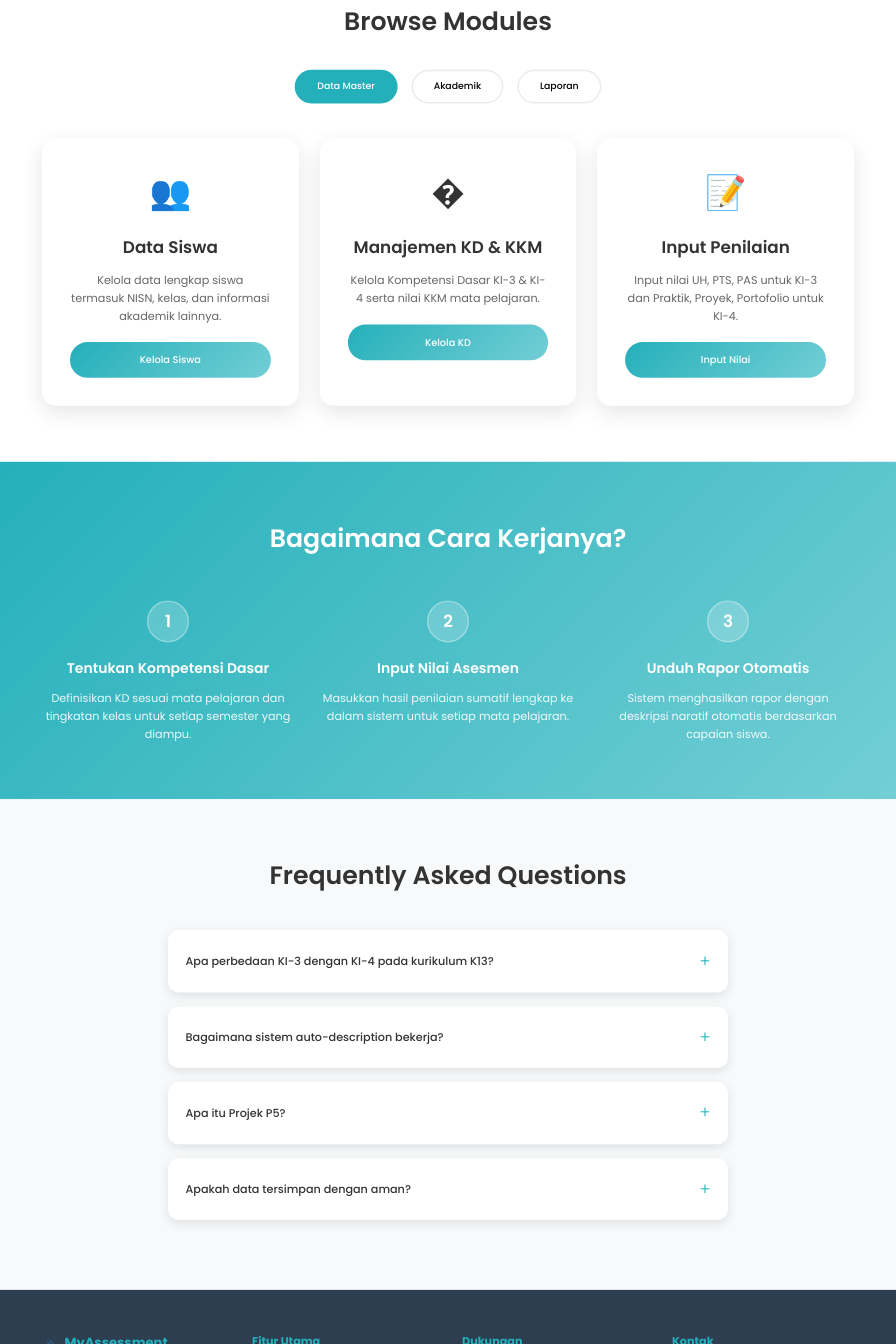
Repository: Ws529/MyAssassment_Final
Page: MyAssessment/wwwroot/index.html
The author's editor kept a copy of each file at every save. The page is drawn from the files as they stood at one save, then again after the next save.
The browser window is 1280 px wide. The pictures show the part of the page from y = 794 to 2714 px (the page is 3002 px tall before and 2998 px after), at 70% of full size.

Above is the page before, as saved 2026-01-01 14:09:52.

### MyAssessment/wwwroot/index.html
<!DOCTYPE html>
<html lang="id">
<head>
    <meta charset="utf-8" />
    <meta name="viewport" content="width=device-width, initial-scale=1.0" />
    <title>My Assessment - Sistem Penilaian K13</title>
    <link href="https://fonts.googleapis.com/css2?family=Poppins:wght@300;400;500;600;700&display=swap" rel="stylesheet">
    <link href="assets/css/neon-buttons.css" rel="stylesheet">
    <style>
        * { margin: 0; padding: 0; box-sizing: border-box; }
        body { font-family: 'Poppins', sans-serif; line-height: 1.6; color: #333; background-color: #f8f9fa; }
        .container { max-width: 1200px; margin: 0 auto; padding: 0 20px; }

        /* Navigation */
        .navbar { background: #fff; box-shadow: 0 2px 10px rgba(0,0,0,0.1); position: fixed; top: 0; width: 100%; z-index: 1000; }
        .nav-container { max-width: 1200px; margin: 0 auto; padding: 0 20px; display: flex; justify-content: space-between; align-items: center; height: 70px; }
        .nav-brand { display: flex; align-items: center; font-size: 24px; font-weight: 600; color: #24b0ba; gap: 10px; }
        .nav-menu { display: flex; align-items: center; gap: 30px; }
        .nav-link { text-decoration: none; color: #333; font-weight: 500; transition: color 0.3s; }
        .nav-link:hover { color: #24b0ba; }
        .btn-primary { background: linear-gradient(135deg, #24b0ba, #73ced5); color: white; border: none; padding: 12px 24px; border-radius: 25px; font-weight: 500; cursor: pointer; text-decoration: none; transition: transform 0.3s; }
        .btn-primary:hover { transform: translateY(-2px); }

        /* Hero Section */
        .hero { background: linear-gradient(135deg, #24b0ba, #73ced5); color: white; padding: 120px 0 80px; margin-top: 70px; }
        .hero-container { max-width: 1200px; margin: 0 auto; padding: 0 20px; display: grid; grid-template-columns: 1fr 1fr; gap: 60px; align-items: center; }
        .hero-content h1 { font-size: 42px; font-weight: 700; margin-bottom: 20px; line-height: 1.2; }
        .hero-content p { font-size: 18px; margin-bottom: 30px; opacity: 0.9; }
        .search-box { display: flex; background: white; border-radius: 50px; padding: 8px; max-width: 500px; }
        .search-box input { flex: 1; border: none; padding: 15px 20px; font-size: 16px; border-radius: 50px; outline: none; color: #333; }
        .search-box button { background: #24b0ba; color: white; border: none; padding: 15px 30px; border-radius: 50px; font-weight: 500; cursor: pointer; }

        .hero-features { display: grid; grid-template-columns: 1fr 1fr; gap: 20px; }
        .feature-card { background: rgba(255,255,255,0.15); padding: 25px; border-radius: 20px; backdrop-filter: blur(10px); border: 1px solid rgba(255,255,255,0.2); transition: transform 0.3s; }
        .feature-card:hover { transform: translateY(-5px); }
        .feature-icon { font-size: 32px; margin-bottom: 15px; }
        .feature-card h3 { font-size: 18px; font-weight: 600; margin-bottom: 10px; }
        .feature-card p { font-size: 14px; opacity: 0.9; }

        /* Modules Section */
        .modules { padding: 80px 0; background: white; }
        .modules h2 { text-align: center; font-size: 36px; font-weight: 600; margin-bottom: 40px; color: #333; }
        .module-tabs { display: flex; justify-content: center; gap: 20px; margin-bottom: 50px; }
        .tab-btn { background: transparent; border: 2px solid #e9ecef; padding: 12px 30px; border-radius: 25px; font-weight: 500; cursor: pointer; transition: all 0.3s; font-family: 'Poppins', sans-serif; }
        .tab-btn.active, .tab-btn:hover { background: #24b0ba; color: white; border-color: #24b0ba; }

        .module-grid { display: grid; grid-template-columns: repeat(auto-fit, minmax(350px, 1fr)); gap: 30px; }
        .module-card { background: white; padding: 40px; border-radius: 20px; box-shadow: 0 10px 30px rgba(0,0,0,0.1); text-align: center; transition: transform 0.3s; }
        .module-card:hover { transform: translateY(-10px); }
        .module-icon { font-size: 48px; margin-bottom: 20px; }
        .module-card h3 { font-size: 24px; font-weight: 600; margin-bottom: 15px; color: #333; }
        .module-card p { color: #666; margin-bottom: 25px; line-height: 1.6; }
        .btn-module { background: linear-gradient(135deg, #24b0ba, #73ced5); color: white; border: none; padding: 15px 30px; border-radius: 25px; font-weight: 500; cursor: pointer; width: 100%; text-decoration: none; display: inline-block; font-family: 'Poppins', sans-serif; font-size: 14px; transition: transform 0.3s; }
        .btn-module:hover { transform: translateY(-2px); }

        /* How It Works */
        .how-it-works { background: linear-gradient(135deg, #24b0ba, #73ced5); color: white; padding: 80px 0; }
        .how-it-works h2 { text-align: center; font-size: 36px; font-weight: 600; margin-bottom: 60px; }
        .steps { display: grid; grid-template-columns: repeat(auto-fit, minmax(300px, 1fr)); gap: 40px; }
        .step { text-align: center; }
        .step-number { width: 60px; height: 60px; background: rgba(255,255,255,0.2); border-radius: 50%; display: flex; align-items: center; justify-content: center; font-size: 24px; font-weight: 600; margin: 0 auto 20px; border: 2px solid rgba(255,255,255,0.3); }
        .step h3 { font-size: 20px; font-weight: 600; margin-bottom: 15px; }
        .step p { opacity: 0.9; line-height: 1.6; }

        /* FAQ Section */
        .faq { padding: 80px 0; background: #f8f9fa; }
        .faq h2 { text-align: center; font-size: 36px; font-weight: 600; margin-bottom: 50px; color: #333; }
        .faq-list { max-width: 800px; margin: 0 auto; }
        .faq-item { background: white; margin-bottom: 20px; border-radius: 15px; overflow: hidden; box-shadow: 0 5px 15px rgba(0,0,0,0.1); }
        .faq-question { padding: 25px; display: flex; justify-content: space-between; align-items: center; cursor: pointer; font-weight: 500; transition: background 0.3s; }
        .faq-question:hover { background: #f8f9fa; }
        .faq-toggle { font-size: 24px; font-weight: 300; color: #24b0ba; transition: transform 0.3s; }
        .faq-answer { padding: 0 25px 25px; color: #666; line-height: 1.6; display: none; }
        .faq-item.active .faq-answer { display: block; }
        .faq-item.active .faq-toggle { transform: rotate(45deg); }

        /* Footer */
        .footer { background: #2c3e50; color: white; padding: 60px 0 30px; }
        .footer-content { display: grid; grid-template-columns: repeat(auto-fit, minmax(250px, 1fr)); gap: 40px; }
        .footer-section h3, .footer-section h4 { margin-bottom: 20px; color: #24b0ba; }
        .footer-section ul { list-style: none; }
        .footer-section ul li { margin-bottom: 10px; opacity: 0.8; }
        .footer-section ul li:hover { opacity: 1; }
        .footer-bottom { text-align: center; margin-top: 40px; padding-top: 20px; border-top: 1px solid rgba(255,255,255,0.1); opacity: 0.7; }

        /* Responsive */
        @media (max-width: 768px) {
            .hero-container { grid-template-columns: 1fr; text-align: center; }
            .hero-content h1 { font-size: 28px; }
            .hero-features { grid-template-columns: 1fr; }
            .nav-menu { display: none; }
            .module-grid { grid-template-columns: 1fr; }
            .steps { grid-template-columns: 1fr; }
            .search-box { flex-direction: column; border-radius: 15px; }
            .search-box input { border-radius: 10px; }
            .search-box button { border-radius: 10px; margin-top: 10px; }
        }
    </style>
</head>
<body>
    <!-- Navigation -->
    <nav class="navbar">
        <div class="nav-container">
            <a href="index.html" class="nav-brand">
                <img src="assets/img/logo.png" alt="MyAssessment Logo" style="height: 40px; width: auto;">
                <span>MyAssessment</span>
            </a>
            <div class="nav-menu">
                <a href="index.html" class="nav-link">Beranda</a>
                <a href="siswa.html" class="nav-link">Data Siswa</a>
                <a href="kompetensi.html" class="nav-link">KD & KKM</a>
                <a href="penilaian.html" class="nav-link">Penilaian</a>
                <a href="#faq" class="nav-link">FAQ</a>
                <a href="pengaturan.html" class="btn-neon btn-neon-primary">Pengaturan</a>
            </div>
        </div>
    </nav>

    <!-- Hero Section -->
    <section class="hero">
        <div class="hero-container">
            <div class="hero-content">
                <h1>Sistem Penilaian Kurikulum 2013: Mudah & Otomatis</h1>
                <p>Kelola Kompetensi Dasar, Nilai Siswa, dan Rapor dalam satu platform terintegrasi untuk implementasi Kurikulum 2013.</p>
                <div class="search-box">
                    <input type="text" placeholder="Cari data siswa atau kelas..." />
                    <button type="button" class="btn-neon btn-neon-primary">🔍 Cari</button>
                </div>
            </div>
            <div class="hero-features">
                <div class="feature-card">
                    <div class="feature-icon">📊</div>
                    <h3>Penilaian Akademik</h3>
                    <p>Input nilai sumatif dengan deskripsi rapor otomatis</p>
                </div>
                <div class="feature-card">
                    <div class="feature-icon">📋</div>
                    <h3>Projek P5</h3>
                    <p>Pantau perkembangan karakter Profil Pelajar Pancasila</p>
                </div>
                <div class="feature-card">
                    <div class="feature-icon">📝</div>
                    <h3>Kelola KD</h3>
                    <p>Definisikan Kompetensi Dasar berdasarkan mata pelajaran</p>
                </div>
                <div class="feature-card">
                    <div class="feature-icon">📈</div>
                    <h3>Rapor Digital</h3>
                    <p>Generate rapor dengan format otomatis siap cetak</p>
                </div>
            </div>
        </div>
    </section>

    <!-- Browse Modules -->
    <section class="modules">
        <div class="container">
            <h2>Browse Modules</h2>
            <div class="module-tabs">
                <button class="tab-btn active" onclick="filterModules('master')">Data Master</button>
                <button class="tab-btn" onclick="filterModules('akademik')">Akademik</button>
                <button class="tab-btn" onclick="filterModules('laporan')">Laporan</button>
            </div>
            <div class="module-grid" id="moduleGrid">
                <div class="module-card" data-category="master">
                    <div class="module-icon">👥</div>
                    <h3>Data Siswa</h3>
                    <p>Kelola data lengkap siswa termasuk NISN, kelas, dan informasi akademik lainnya.</p>
                    <button class="btn-module" onclick="location.href='siswa.html'">Kelola Siswa</button>
                </div>
                <div class="module-card" data-category="master">
                    <div class="module-icon">�</div>
                    <h3>Manajemen KD & KKM</h3>
                    <p>Kelola Kompetensi Dasar KI-3 & KI-4 serta nilai KKM mata pelajaran.</p>
                    <button class="btn-module" onclick="location.href='kompetensi.html'">Kelola KD</button>
                </div>
                <div class="module-card" data-category="master">
                    <div class="module-icon">📝</div>
                    <h3>Input Penilaian</h3>
                    <p>Input nilai UH, PTS, PAS untuk KI-3 dan Praktik, Proyek, Portofolio untuk KI-4.</p>
                    <button class="btn-module" onclick="location.href='penilaian.html'">Input Nilai</button>
                </div>
            </div>
        </div>
    </section>

    <!-- How It Works -->
    <section class="how-it-works">
        <div class="container">
            <h2>Bagaimana Cara Kerjanya?</h2>
            <div class="steps">
                <div class="step">
                    <div class="step-number">1</div>
                    <h3>Tentukan Kompetensi Dasar</h3>
                    <p>Definisikan KD sesuai mata pelajaran dan tingkatan kelas untuk setiap semester yang diampu.</p>
                </div>
                <div class="step">
                    <div class="step-number">2</div>
                    <h3>Input Nilai Asesmen</h3>
                    <p>Masukkan hasil penilaian sumatif lengkap ke dalam sistem untuk setiap mata pelajaran.</p>
                </div>
                <div class="step">
                    <div class="step-number">3</div>
                    <h3>Unduh Rapor Otomatis</h3>
                    <p>Sistem menghasilkan rapor dengan deskripsi naratif otomatis berdasarkan capaian siswa.</p>
                </div>
            </div>
        </div>
    </section>

    <!-- FAQ Section -->
    <section class="faq" id="faq">
        <div class="container">
            <h2>Frequently Asked Questions</h2>
            <div class="faq-list">
                <div class="faq-item">
                    <div class="faq-question" onclick="toggleFaq(this)">
                        <span>Apa perbedaan KI-3 dengan KI-4 pada kurikulum K13?</span>
                        <span class="faq-toggle">+</span>
                    </div>
                    <div class="faq-answer">
                        <p>KI-3 adalah Kompetensi Inti untuk aspek Pengetahuan yang dinilai melalui Ulangan Harian (UH), PTS, dan PAS. Sedangkan KI-4 adalah Kompetensi Inti untuk aspek Keterampilan yang dinilai melalui Praktik, Proyek, dan Portofolio.</p>
                    </div>
                </div>
                <div class="faq-item">
                    <div class="faq-question" onclick="toggleFaq(this)">
                        <span>Bagaimana sistem auto-description bekerja?</span>
                        <span class="faq-toggle">+</span>
                    </div>
                    <div class="faq-answer">
                        <p>Sistem akan menganalisis nilai siswa dan membandingkannya dengan KKM untuk menghasilkan deskripsi naratif otomatis. Predikat A (≥90), B (80-89), C (≥KKM), D (&lt;KKM) akan ditentukan secara otomatis.</p>
                    </div>
                </div>
                <div class="faq-item">
                    <div class="faq-question" onclick="toggleFaq(this)">
                        <span>Apa itu Projek P5?</span>
                        <span class="faq-toggle">+</span>
                    </div>
                    <div class="faq-answer">
                        <p>Projek Penguatan Profil Pelajar Pancasila (P5) adalah kegiatan kokurikuler berbasis projek yang dirancang untuk memperkuat upaya pencapaian kompetensi dan karakter sesuai dengan profil pelajar Pancasila.</p>
                    </div>
                </div>
                <div class="faq-item">
                    <div class="faq-question" onclick="toggleFaq(this)">
                        <span>Apakah data tersimpan dengan aman?</span>
                        <span class="faq-toggle">+</span>
                    </div>
                    <div class="faq-answer">
                        <p>Ya, semua data disimpan di database MongoDB dengan sistem backup otomatis. Data siswa dan nilai dilindungi dengan enkripsi untuk menjamin keamanan dan privasi.</p>
                    </div>
                </div>
            </div>
        </div>
    </section>

    <!-- Footer -->
    <footer class="footer">
        <div class="container">
            <div class="footer-content">
                <div class="footer-section">
                    <h3><img src="assets/img/logo.png" alt="Logo" style="height: 24px; vertical-align: middle; margin-right: 8px;">MyAssessment</h3>
                    <p>Platform penilaian Kurikulum 2013 yang memudahkan guru mengelola KD, nilai sumatif, dan rapor digital.</p>
                </div>
                <div class="footer-section">
                    <h4>Fitur Utama</h4>
                    <ul>
                        <li>Kompetensi Dasar</li>
                        <li>Asesmen Sumatif</li>
                        <li>Projek P5</li>
                        <li>Rapor Otomatis</li>
                    </ul>
                </div>
                <div class="footer-section">
                    <h4>Dukungan</h4>
                    <ul>
                        <li>Panduan Pengguna</li>
                        <li>FAQ</li>
                        <li>Hubungi Support</li>
                    </ul>
                </div>
                <div class="footer-section">
                    <h4>Kontak</h4>
                    <ul>
                        <li>📧 wawansuwandi529@gmail.com</li>
                        <li>📞 +62 00 0000 0000</li>
                        <li>📍 Bekasi, Jawa Barat, Indonesia</li>
                    </ul>
                </div>
            </div>
            <div class="footer-bottom">
                <p>© 2026 MyAssessment. Dikembangkan untuk mendukung implementasi Kurikulum 2013.</p>
            </div>
        </div>
    </footer>

    <script>
        // FAQ Toggle
        function toggleFaq(element) {
            const faqItem = element.parentElement;
            const wasActive = faqItem.classList.contains('active');

            // Close all FAQ items
            document.querySelectorAll('.faq-item').forEach(item => {
                item.classList.remove('active');
            });

            // Open clicked item if it wasn't active
            if (!wasActive) {
                faqItem.classList.add('active');
            }
        }

        // Module Filter
        function filterModules(category) {
            // Update active tab
            document.querySelectorAll('.tab-btn').forEach(btn => {
                btn.classList.remove('active');
            });
            event.target.classList.add('active');

            // Filter modules (for demo, all modules are shown)
            const modules = document.querySelectorAll('.module-card');
            modules.forEach(module => {
                module.style.display = 'block';
            });
        }
    </script>
</body>
</html>

Loaded but not shown: MyAssessment/wwwroot/assets/css/neon-buttons.css (288 lines, source omitted)

After the next save:
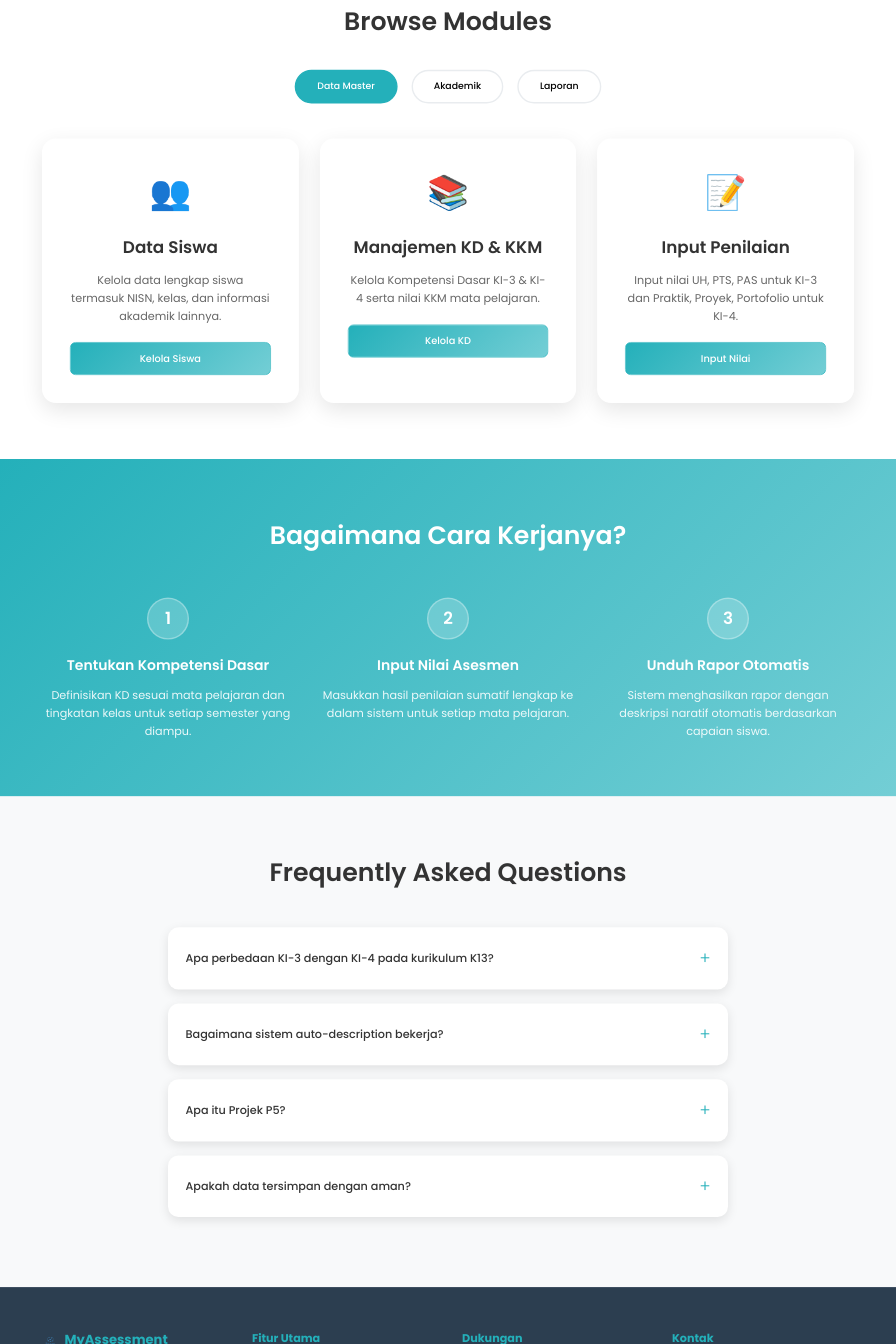
Saved 12 s later.
--- a/MyAssessment/wwwroot/index.html
+++ b/MyAssessment/wwwroot/index.html
@@ -166,19 +166,19 @@
                     <div class="module-icon">👥</div>
                     <h3>Data Siswa</h3>
                     <p>Kelola data lengkap siswa termasuk NISN, kelas, dan informasi akademik lainnya.</p>
-                    <button class="btn-module" onclick="location.href='siswa.html'">Kelola Siswa</button>
+                    <button class="btn-neon btn-neon-primary btn-neon-block" onclick="location.href='siswa.html'">Kelola Siswa</button>
                 </div>
                 <div class="module-card" data-category="master">
-                    <div class="module-icon">�</div>
+                    <div class="module-icon">📚</div>
                     <h3>Manajemen KD & KKM</h3>
                     <p>Kelola Kompetensi Dasar KI-3 & KI-4 serta nilai KKM mata pelajaran.</p>
-                    <button class="btn-module" onclick="location.href='kompetensi.html'">Kelola KD</button>
+                    <button class="btn-neon btn-neon-primary btn-neon-block" onclick="location.href='kompetensi.html'">Kelola KD</button>
                 </div>
                 <div class="module-card" data-category="master">
                     <div class="module-icon">📝</div>
                     <h3>Input Penilaian</h3>
                     <p>Input nilai UH, PTS, PAS untuk KI-3 dan Praktik, Proyek, Portofolio untuk KI-4.</p>
-                    <button class="btn-module" onclick="location.href='penilaian.html'">Input Nilai</button>
+                    <button class="btn-neon btn-neon-primary btn-neon-block" onclick="location.href='penilaian.html'">Input Nilai</button>
                 </div>
             </div>
         </div>
